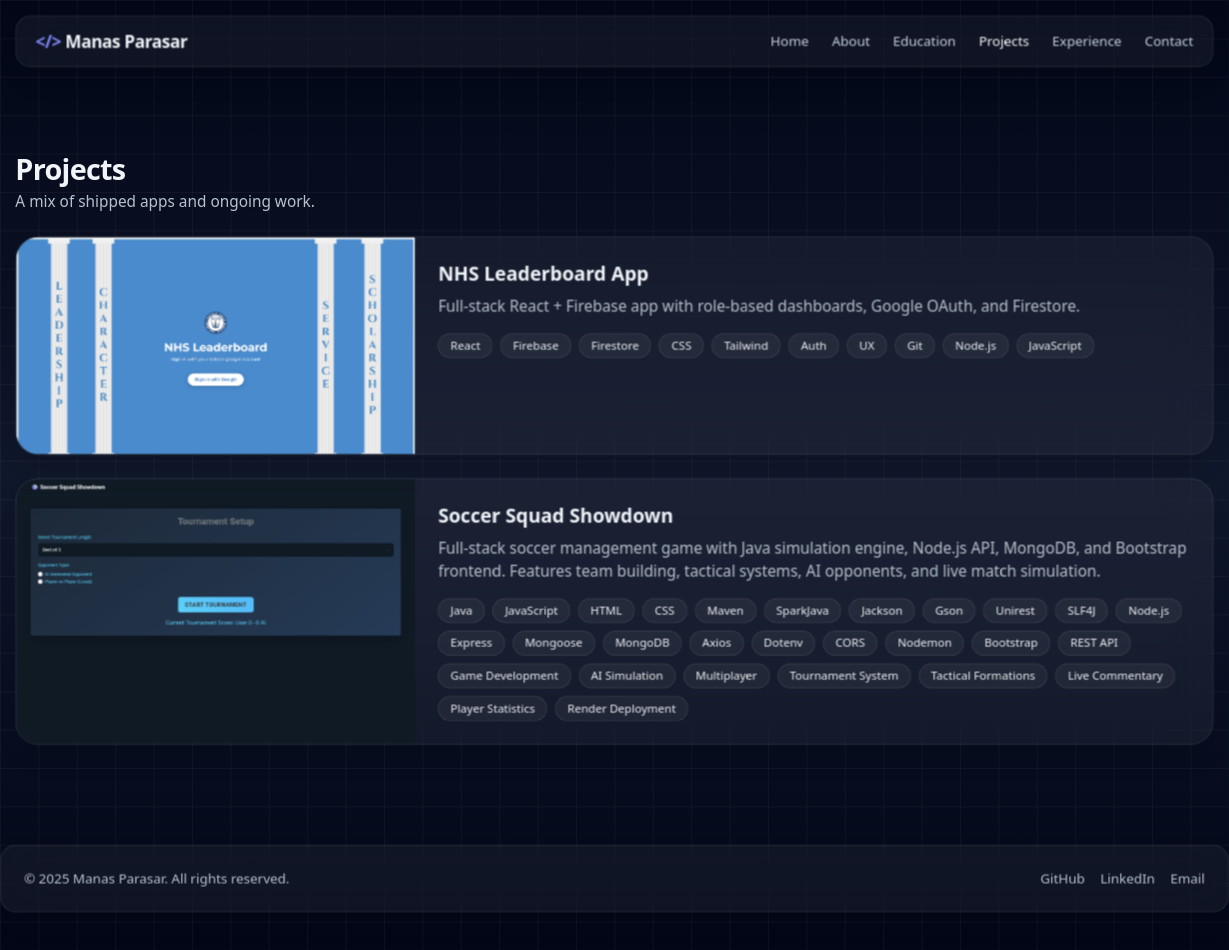
Repository: Manas-Parasar/portfolio-manas-parasar
Page: /projects
An editor plug-in stored every save of this project. The page is shown before and after the next save, followed by the edit.
The browser window is 1280 px wide. The pictures show the whole page, at 96% of full size.
The project was rebuilt for these pictures with package versions that can differ from the ones it lists, and the page was loaded fresh each time. Also part of the build but not shown: vite.config.js, src/components/Hero.jsx, src/pages/Home.jsx, src/pages/About.jsx, src/components/TimelineItem.jsx, src/pages/Experience.jsx, src/pages/Contact.jsx. Imported but missing from the stored project, and not drawn on this page: src/assets/Manas Parasar Resume.pdf.

Above is the page before, as saved 2025-10-12 22:47:52.

### index.html
<!DOCTYPE html>
<html lang="en">
  <head>
    <meta charset="UTF-8" />
    <meta name="viewport" content="width=device-width, initial-scale=1.0" />
    <title>Manas Parasar Portfolio</title>
    <meta
      name="description"
      content="Portfolio of Manas Parasar: projects, leadership, research, and impact."
    />
    <link rel="icon" href="/PortfolioFavicon.png" />
  </head>
  <body
    class="min-h-screen bg-gradient-to-b from-slate-950 via-slate-900 to-slate-950 text-slate-100"
  >
    <div id="root"></div>
    <script type="module" src="/src/main.jsx"></script>
  </body>
</html>

### src/main.jsx
import { BrowserRouter } from "react-router-dom";
import "./index.css";
import React from "react";
import ReactDOM from "react-dom/client";
import App from "./App";

ReactDOM.createRoot(document.getElementById("root")).render(
  <React.StrictMode>
    <BrowserRouter>
      <App />
    </BrowserRouter>
  </React.StrictMode>
);

### src/index.css
@tailwind base;
@tailwind components;
@tailwind utilities;

html,
body {
  margin: 0;
  padding: 0;
  box-sizing: border-box;
  overscroll-behavior: none;
  overflow-x: hidden;
}

html {
  background-color: #0aa345; /* slate-900 */
}

html,
body {
  margin: 0;
  padding: 0;
  box-sizing: border-box;
}

html {
  background-color: #0f172a; /* slate-900 */
}

/* Subtle selection & scrollbar tweaks */
::selection {
  background: #175430;
  color: white;
}
::-webkit-scrollbar {
  width: 10px;
}
::-webkit-scrollbar-thumb {
  background: rgba(148, 184, 155, 0.4);
  border-radius: 999px;
}

/* Reusable utilities */
@layer utilities {
  .glass {
    @apply bg-white/5 backdrop-blur-xl border border-white/10 shadow-xl;
  }
  .btn {
    @apply inline-flex items-center gap-2 rounded-2xl px-5 py-2 font-medium transition;
  }
  .btn-primary {
    @apply btn bg-brand-600 hover:bg-brand-500 text-white;
  }
  .btn-ghost {
    @apply btn glass hover:bg-white/10;
  }
  .headline {
    @apply text-4xl md:text-5xl font-extrabold tracking-tight;
  }
  .subtle {
    @apply text-slate-300/90;
  }
}

### src/App.jsx
import { Routes, Route } from "react-router-dom";
import Navbar from "./components/Navbar";
import Footer from "./components/Footer";
import Home from "./pages/Home";
import About from "./pages/About";
import Projects from "./pages/Projects";
import Experience from "./pages/Experience";
import Contact from "./pages/Contact";
import Education from "./pages/Education";

export default function App() {
  return (
    <div className="min-h-screen flex flex-col bg-grid-sheer bg-grid-sheer bg-[length:40px_40px] overflow-hidden">
      <div className="absolute inset-0 -z-10 opacity-70" aria-hidden>
        <div className="absolute -top-40 -left-40 h-96 w-96 rounded-full bg-brand-500 blur-[120px] opacity-30 animate-float" />
      </div>
      <Navbar />
      <main className="container py-10 flex-grow">
        <Routes>
          <Route path="/" element={<Home />} />
          <Route path="/about" element={<About />} />
          <Route path="/education" element={<Education />} />
          <Route path="/projects" element={<Projects />} />
          <Route path="/experience" element={<Experience />} />
          <Route path="/contact" element={<Contact />} />
        </Routes>
      </main>
      <Footer />
    </div>
  );
}

### src/components/Navbar.jsx
import { Link, NavLink } from "react-router-dom";
import { Menu, X } from "lucide-react";
import { useState } from "react";

export default function Navbar() {
  const [open, setOpen] = useState(false);
  const nav = [
    { to: "/", label: "Home" },
    { to: "/about", label: "About" },
    { to: "/education", label: "Education" },
    { to: "/projects", label: "Projects" },
    { to: "/experience", label: "Experience" },
    { to: "/contact", label: "Contact" },
  ];

  const NavItems = ({ onClick }) => (
    <ul className="flex flex-col md:flex-row gap-4 md:gap-6 text-sm">
      {nav.map((n) => (
        <li key={n.to}>
          <NavLink
            to={n.to}
            onClick={onClick}
            className={({ isActive }) =>
              `transition hover:text-white ${
                isActive ? "text-white" : "text-slate-300"
              }`
            }
          >
            {n.label}
          </NavLink>
        </li>
      ))}
    </ul>
  );

  return (
    <header className="sticky top-0 z-50">
      <div className="container mt-4">
        <div className="glass rounded-2xl px-5 py-3 flex items-center justify-between">
          <Link to="/" className="font-black tracking-tight text-lg">
            <span className="text-brand-400">&lt;/&gt;</span> Manas Parasar
          </Link>
          <nav className="hidden md:block">
            <NavItems />
          </nav>
          <button
            className="md:hidden btn-ghost"
            onClick={() => setOpen(!open)}
            aria-label="Toggle Menu"
          >
            {open ? <X size={20} /> : <Menu size={20} />}
          </button>
        </div>
        {open && (
          <div className="md:hidden mt-2 glass rounded-2xl px-5 py-4">
            <NavItems onClick={() => setOpen(false)} />
          </div>
        )}
      </div>
    </header>
  );
}

### src/components/Footer.jsx
export default function Footer() {
  return (
    <footer className="mt-16 pb-10">
      <div className="container glass rounded-2xl p-6 flex flex-col md:flex-row items-center justify-between gap-4">
        <p className="text-sm subtle">
          © {new Date().getFullYear()} Manas Parasar. All rights reserved.
        </p>
        <div className="text-sm subtle flex gap-4">
          <a
            href="https://github.com/"
            target="_blank"
            className="hover:text-white"
          >
            GitHub
          </a>
          <a
            href="https://linkedin.com/"
            target="_blank"
            className="hover:text-white"
          >
            LinkedIn
          </a>
          <a href="mailto:manas@example.com" className="hover:text-white">
            Email
          </a>
        </div>
      </div>
    </footer>
  );
}

### src/pages/Projects.jsx
import ProjectCard from "../components/ProjectCard";
import Section from "../components/Section";
import nhsLeaderboardScreenshot from "../assets/NHS Leaderboard Screenshot.png";
import soccerSquadShowdownScreenshot from "../assets/Soccer Squad Showdown Screenshot.png";

export default function Projects() {
  const items = [
    {
      title: "NHS Leaderboard App",
      desc: "Full-stack React + Firebase app with role-based dashboards, Google OAuth, and Firestore.",
      tags: [
        "React",
        "Firebase",
        "Firestore",
        "CSS",
        "Tailwind",
        "Auth",
        "UX",
        "Git",
        "Node.js",
        "JavaScript",
      ],
      link: "https://github.com/Manas-Parasar/NHS-Service-Hours-Leaderboard",
      img: nhsLeaderboardScreenshot,
    },
    {
      title: "Soccer Squad Showdown",
      desc: "Full-stack soccer management game with Java simulation engine, Node.js API, MongoDB, and Bootstrap frontend. Features team building, tactical systems, AI opponents, and live match simulation.",
      tags: [
        "Java",
        "JavaScript",
        "HTML",
        "CSS",
        "Maven",
        "SparkJava",
        "Jackson",
        "Gson",
        "Unirest",
        "SLF4J",
        "Node.js",
        "Express",
        "Mongoose",
        "MongoDB",
        "Axios",
        "Dotenv",
        "CORS",
        "Nodemon",
        "Bootstrap",
        "REST API",
        "Game Development",
        "AI Simulation",
        "Multiplayer",
        "Tournament System",
        "Tactical Formations",
        "Live Commentary",
        "Player Statistics",
        "Render Deployment",
      ],
      link: "https://github.com/Manas-Parasar/Soccer-Squad-Showdown",
      img: soccerSquadShowdownScreenshot,
    },
  ];

  return (
    <Section
      title="Projects"
      subtitle="A mix of shipped apps and ongoing work."
    >
      <div className="grid gap-6">
        {items.map((p) => (
          <ProjectCard
            key={p.title}
            title={p.title}
            desc={p.desc}
            tags={p.tags}
            link={p.link}
            img={p.img}
          />
        ))}
      </div>
    </Section>
  );
}

### src/pages/Education.jsx
import { FaJava, FaRegCopyright } from "react-icons/fa";
import { DiVisualstudio } from "react-icons/di";
import {
  SiJavascript,
  SiReact,
  SiPython,
  SiFirebase,
  SiTailwindcss,
  SiGit,
  SiGithub,
  SiHtml5,
  SiCss3,
  SiCplusplus,
  SiNodedotjs,
  SiTypescript,
  SiExpress,
} from "react-icons/si";
import React from "react";

const skills = [
  { name: "Java", icon: <FaJava />, color: "text-red-500" },
  { name: "React", icon: <SiReact />, color: "text-blue-500" },
  { name: "Python", icon: <SiPython />, color: "text-yellow-500" },
  { name: "Firebase", icon: <SiFirebase />, color: "text-yellow-400" },
  { name: "Tailwind", icon: <SiTailwindcss />, color: "text-teal-500" },
  { name: "GitHub", icon: <SiGithub />, color: "text-gray-400" },
  { name: "Git", icon: <SiGit />, color: "text-orange-600" },
  { name: "HTML", icon: <SiHtml5 />, color: "text-orange-500" },
  { name: "CSS", icon: <SiCss3 />, color: "text-blue-600" },
  { name: "JavaScript", icon: <SiJavascript />, color: "text-yellow-300" },
  { name: "TypeScript", icon: <SiTypescript />, color: "text-blue-400" },
  { name: "C", icon: <FaRegCopyright />, color: "text-blue-600" },
  { name: "C++", icon: <SiCplusplus />, color: "text-blue-700" },
  { name: "Express.js", icon: <SiExpress />, color: "text-gray-400" },
  { name: "Node.js", icon: <SiNodedotjs />, color: "text-green-500" },
  { name: "Visual Studio", icon: <DiVisualstudio />, color: "text-blue-500" },
];

export default function Education() {
  return (
    <div className="space-y-6">
      <div className="glass rounded-3xl p-6 hover:shadow-glow transition">
        <h3 className="font-semibold mb-2 text-2xl text-brand-400">College</h3>
        <div className="subtle">
          <p className="font-bold">Paradise Valley Community College</p>
          <p>Associate of Science in Computer Science</p>
          <p>Expected Graduation: May 2026</p>
          <br />
          <p>Associate of Arts in Mathematics</p>
          <p>Expected Graduation: May 2026</p>
        </div>
      </div>
      <div className="glass rounded-3xl p-6 hover:shadow-glow transition">
        <h3 className="font-semibold mb-2 text-2xl text-brand-400">
          High School
        </h3>
        <div className="subtle">
          <p className="font-bold">
            Arizona Agribusiness & Equine Center - Paradise Valley
          </p>
          <p>High School Diploma</p>
          <p>May 2026</p>
          <p>Phoenix, AZ</p>
        </div>
      </div>
      <div className="glass rounded-3xl p-6 hover:shadow-glow transition">
        <h3 className="font-semibold mb-2 text-2xl text-brand-400">
          Academics & Scores
        </h3>
        <ul className="subtle list-disc list-inside space-y-1">
          <li>SAT: 1530 (770 Math, 760 English)</li>
          <li>ACT: 35 (36 Math, 36 Science, 36 English, 33 Reading)</li>
          <li>GPA: 4.00 (Unweighted)</li>
        </ul>
      </div>
      <div className="glass rounded-3xl p-6 hover:shadow-glow transition">
        <h3 className="font-semibold mb-2 text-2xl text-brand-400">
          Certifications & Awards
        </h3>
        <ul className="subtle list-disc list-inside space-y-1">
          <li>Python Essential Training Certification (LinkedIn Learning)</li>
          <li>Introduction to Web APIs Certification (LinkedIn Learning)</li>
          <li>President’s Honor Roll (Paradise Valley Community College)</li>
          <li>
            4.0 Honor Roll (3x, Arizona Agribusiness & Equine Center - Paradise
            Valley)
          </li>
          <li>
            Excellence in Science (2024 - 2025, Arizona Agribusiness & Equine
            Center - Paradise Valley)
          </li>
        </ul>
      </div>
      <div className="glass rounded-3xl p-6 hover:shadow-glow transition">
        <h3 className="font-semibold mb-2 text-2xl text-brand-400">
          Related Coursework
        </h3>
        <div className="grid grid-cols-1 md:grid-cols-2 gap-4 subtle">
          <div>
            <ul className="list-disc list-inside space-y-1">
              <li>Geometry 1-2</li>
              <li>Algebra 3-4</li>
              <li>Pre-Calculus 1-2</li>
              <li>College Algebra/Functions (MAT151)</li>
              <li>Calculus with Analytical Geometry I (MAT220)</li>
              <li>Calculus with Analytical Geometry II (MAT230)</li>
              <li>Biology 1-2</li>
            </ul>
          </div>
          <div>
            <ul className="list-disc list-inside space-y-1">
              <li>Chemistry 1-2</li>
              <li>Introduction to Computer Science (Java) (CSC110AB)</li>
              <li>
                Object Oriented Programming and Data Structures (Java)
                (CSC205AC)
              </li>
              <li>Digital Design Fundamentals (CSC120)</li>
              <li>
                Introduction to Different Programming Languages (CSC240AA)
              </li>
              <li>Introduction to Logic (PHI103)</li>
            </ul>
          </div>
        </div>
      </div>
      <div className="glass rounded-3xl p-6 hover:shadow-glow transition">
        <h3 className="font-semibold mb-2 text-2xl text-brand-400">Skills</h3>
        <div className="grid grid-cols-2 md:grid-cols-4 gap-4">
          {skills.map((skill) => (
            <div
              key={skill.name}
              className="flex items-center gap-4 bg-white/5 p-4 rounded-lg transition-all duration-300 ease-in-out hover:bg-white/10 hover:scale-105 hover:shadow-glow"
            >
              <div className={`text-4xl ${skill.color}`}>{skill.icon}</div>
              <div>
                <h4 className="font-bold">{skill.name}</h4>
              </div>
            </div>
          ))}
        </div>
      </div>
    </div>
  );
}

### src/components/Section.jsx
export default function Section({ title, subtitle, children, cta }) {
  return (
    <section className="mt-12">
      <div className="flex items-end justify-between gap-4 mb-6">
        <div>
          <h2 className="text-2xl md:text-3xl font-bold tracking-tight">
            {title}
          </h2>
          {subtitle && <p className="subtle mt-1">{subtitle}</p>}
        </div>
        {cta}
      </div>
      <div className="grid gap-6">{children}</div>
    </section>
  );
}

### src/components/ProjectCard.jsx
import { motion } from "framer-motion";

export default function ProjectCard({
  title,
  desc,
  tags = [],
  img = "https://images.unsplash.com/photo-1522071820081-009f0129c71c?q=80&w=1400&auto=format&fit=crop",
  link = "#",
}) {
  return (
    <motion.a
      href={link}
      target="_blank"
      rel="noreferrer"
      initial={{ opacity: 0, y: 20 }}
      whileInView={{ opacity: 1, y: 0 }}
      viewport={{ once: true }}
      transition={{ duration: 0.5 }}
      className="group glass rounded-3xl overflow-hidden grid md:grid-cols-3"
    >
      <div className="md:col-span-1">
        <img
          src={img}
          alt={title}
          className="h-48 md:h-full w-full object-cover transition group-hover:scale-105"
        />
      </div>
      <div className="md:col-span-2 p-6">
        <h3 className="text-xl font-bold mb-2">{title}</h3>
        <p className="subtle mb-4">{desc}</p>
        <div className="flex flex-wrap gap-2">
          {tags.map((t) => (
            <span
              key={t}
              className="px-3 py-1 rounded-full bg-white/5 text-xs border border-white/10"
            >
              {t}
            </span>
          ))}
        </div>
      </div>
    </motion.a>
  );
}

### tailwind.config.js
/** @type {import('tailwindcss').Config} */
export default {
  content: ["./index.html", "./src/**/*.{js,jsx,ts,tsx}"],
  theme: {
    extend: {
      container: { center: true, padding: "1rem" },
      fontFamily: {
        display: ["Inter", "ui-sans-serif", "system-ui"],
      },
      colors: {
        brand: {
          50: "#eef2ff",
          100: "#e0e7ff",
          200: "#c7d2fe",
          300: "#a5b4fc",
          400: "#818cf8",
          500: "#6366f1",
          600: "#4f46e5",
          700: "#4338ca",
          800: "#3730a3",
          900: "#312e81",
        },
      },
      boxShadow: {
        glow: "0 0 0 0 rgba(99,102,241,0.5), 0 0 80px 10px rgba(99,102,241,0.25)",
      },
      backgroundImage: {
        "grid-sheer":
          "linear-gradient(rgba(255,255,255,0.04) 1px, transparent 1px), linear-gradient(90deg, rgba(255,255,255,0.04) 1px, transparent 1px)",
      },
      backgroundSize: {
        "grid-sheer": "40px 40px",
      },
      animation: {
        float: "float 6s ease-in-out infinite",
        shimmer: "shimmer 4s linear infinite",
      },
      keyframes: {
        float: {
          "0%, 100%": { transform: "translateY(0px)" },
          "50%": { transform: "translateY(-10px)" },
        },
        shimmer: {
          "0%": { backgroundPosition: "-200% 0" },
          "100%": { backgroundPosition: "200% 0" },
        },
      },
    },
  },
  plugins: [],
};

After the next save:
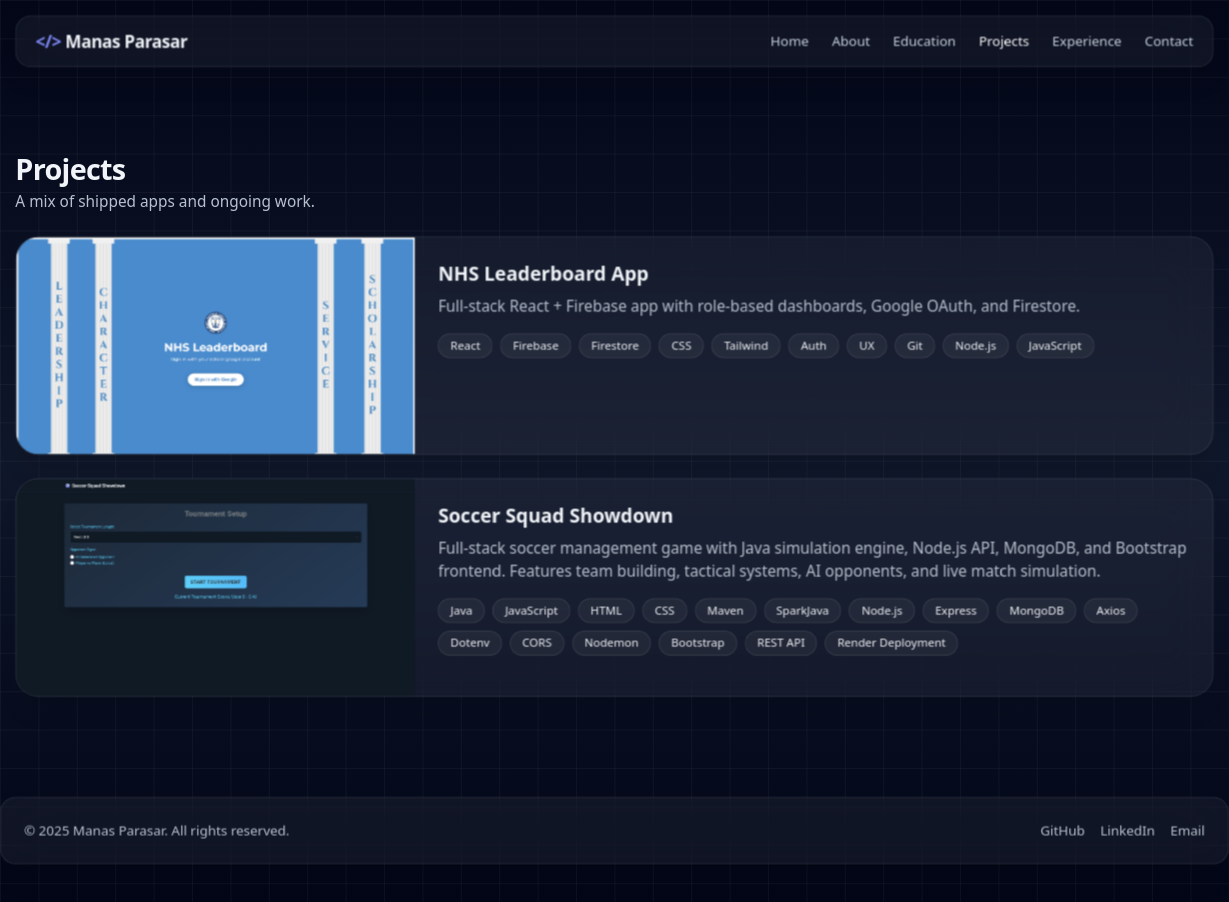
Saved 6 min 27 s later.
--- a/src/pages/Projects.jsx
+++ b/src/pages/Projects.jsx
@@ -33,13 +33,8 @@ export default function Projects() {
         "CSS",
         "Maven",
         "SparkJava",
-        "Jackson",
-        "Gson",
-        "Unirest",
-        "SLF4J",
         "Node.js",
         "Express",
-        "Mongoose",
         "MongoDB",
         "Axios",
         "Dotenv",
@@ -47,13 +42,6 @@ export default function Projects() {
         "Nodemon",
         "Bootstrap",
         "REST API",
-        "Game Development",
-        "AI Simulation",
-        "Multiplayer",
-        "Tournament System",
-        "Tactical Formations",
-        "Live Commentary",
-        "Player Statistics",
         "Render Deployment",
       ],
       link: "https://github.com/Manas-Parasar/Soccer-Squad-Showdown",
